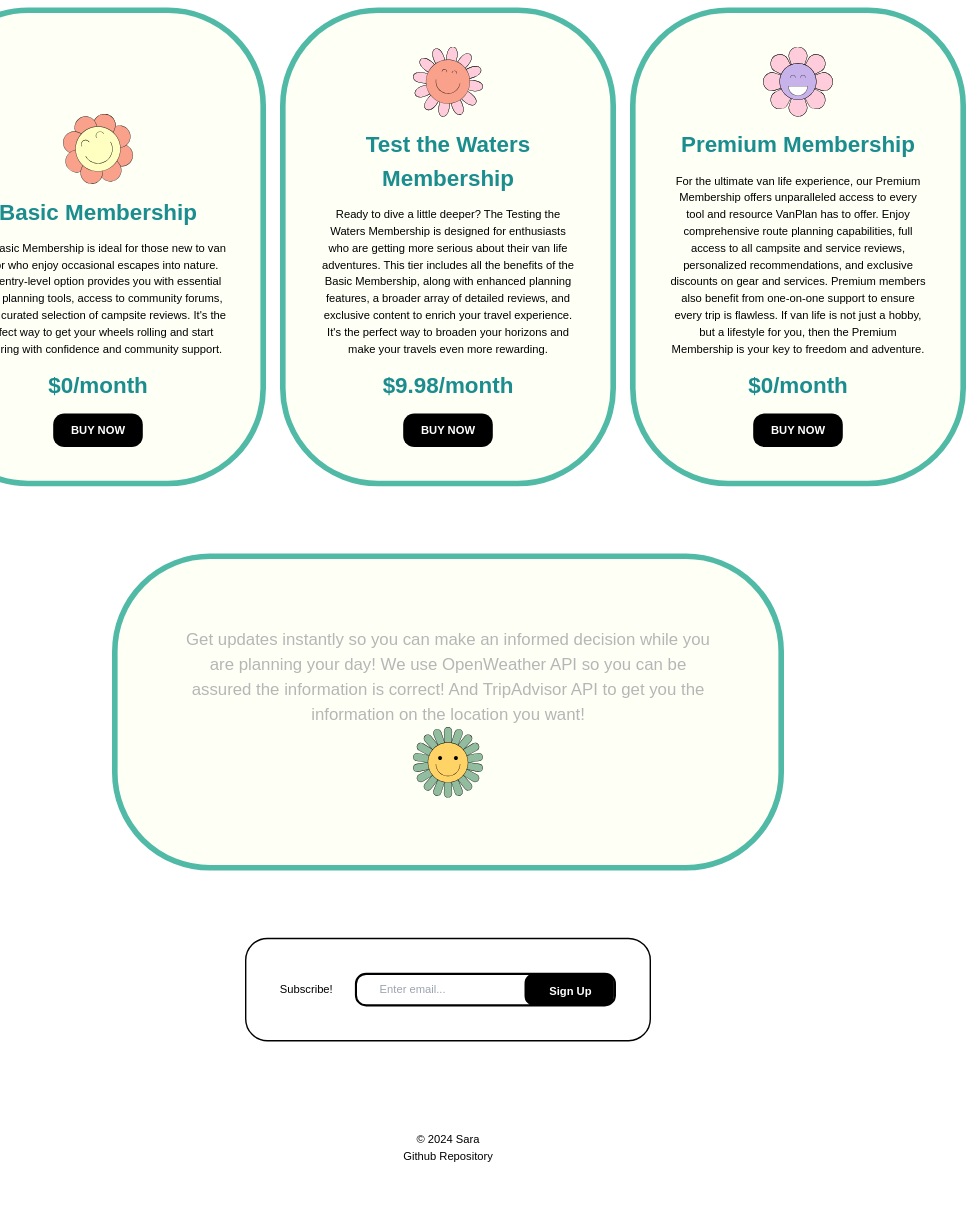
Repository: SaraShio/landing-page
Page: /
The author's editor kept a copy of each file at every save. The page is drawn from the files as they stood at one save, then again after the next save.
The browser window is 1280 px wide. The page is 1380 px wide, so the pictures cover 1380 px, including what lies to the right of the window. The pictures show the part of the page from y = 864 to 2624 px (the page is 2624 px tall), at 70% of full size.
The project was rebuilt for these pictures with package versions that can differ from the ones it lists, and the page was loaded fresh each time. The framework's server and built-in components were replaced by stand-ins that run in the browser. Also part of the build but not shown: next.config.mjs.

Above is the page before, as saved 2024-03-08 22:21:39.

### src/pages/index.tsx
//import Spline from '@splinetool/react-spline';

import Image from "next/image";

import Header from "../../components/Header";
import Hero from "../../components/Hero";
import PriceCards from '../../components/PriceCards';
import SubBanner from "../../components/SubBanner";
import Subscribe from "../../components/Subscribe";
import Footer from "../../components/Footer";

export default function Home() {
  return (
    <main className={`flex min-h-screen flex-col items-center justify-between p-24`}>
      <Header />
      <Hero/>
      <PriceCards/>
      <SubBanner/>
      <Subscribe/>
      <Footer />
    </main>
  );
}

### src/styles/globals.css
@tailwind base;
@tailwind components;
@tailwind utilities;

@import url('https://fonts.googleapis.com/css2?family=Nunito:wght@400;600;700&display=swap');

:root {
 --black:#000000;
 --white: #FFFFFF;
 --light-gray: #fefff5;
 --gray: #B6B6B6;
 --teal: #26A8AB;
 --dark-teal: #1b8d8f;
 --mint: #51BAA7;
 --salmon: #DB7F73;
 --light-green: #DCDFCC;

 --card-padding: 3rem;
 --sub-banner-padding: 6rem;
}

body {
  font-family: 'Nunito', sans-serif;
  background-color: var(--white);
}

### components/Header/index.tsx
import Image from "next/image";
import styles from "./Header.module.css";

export default function Header() {
  return (
    <>
      <div className={styles.header_container}>
        <div className={styles.logo_img}>
          <Image
            src="/images/green_logo.svg"
            alt="VanPlan Logo"
            width={400}
            height={400}
          />
        </div>

        <div className={styles.input_container}>
        <form>
            <input type="text" placeholder="Enter email...">

            </input>
        </form>
        <button className={styles.signup_button}>Sign Up</button>
        </div>
      </div>
    </>
  );
}

### components/Hero/index.tsx
import { style } from "@mui/system";
import Image from "next/image";
import styles from "./Hero.module.css";

export default function Hero() {
  return (
    <>
      <div className={styles.hero_container}>
        <Image src="/images/test1.jpeg" alt="Test" width={600} height={600} />

        <div className={styles.info_container}>
          <h1 className={styles.title}>Welcome!</h1>
          <h1 className={styles.subtitle}>Plan your day in<br></br>Vancouver</h1>

          <button className={styles.download_button}>FREE DOWNLOAD</button>
        </div>
      </div>
    </>
  );
}

### components/PriceCards/index.tsx
import styles from './PriceCards.module.css';

import CardOne from "../CardOne";
import CardTwo from "../CardTwo";
import CardThree from "../CardThree";

export default function PriceCards() {
  return (
    <>
      <div className={styles.price_card_container}>
        <CardOne />
        <CardTwo />
        <CardThree />
      </div>
    </>
  );
}

### components/SubBanner/index.tsx
import Image from "next/image";
import styles from "./SubBanner.module.css";


export default function SubBanner() {
  return (
    <main className={styles.sub_banner_container}>

    <h1>Get updates instantly so you can make an informed decision while you are planning your day! We use OpenWeather API so you can be assured the information is correct! And TripAdvisor API to get you the information on the location you want!</h1>

    <Image src="/images/test5.svg" alt="Test" width={100} height={100} />


    </main>
  );
}

### components/Subscribe/index.tsx
import Image from "next/image";
import styles from "./Subscribe.module.css";

export default function Subscribe() {
  return (
    <main className={styles.subscribe_container}>
      <h1>Subscribe!</h1>

      <form className={styles.input_container}>
        <input type="text" placeholder="Enter email..."></input>
        <button className={styles.signup_button}>Sign Up</button>
      </form>

    </main>
  );
}

### components/Footer/index.tsx
import Image from 'next/image';
import styles from './Footer.module.css';

export default function Footer(){
    return (
        <>
            <footer className={styles.footer_container}>
                <p>&copy; {new Date().getFullYear()} Sara</p>
                <a href="https://github.com/Haydenleung/MDIA-3109-Final-Project.git" target="_blank" rel="noopener noreferrer">Github Repository</a>
            </footer>
        </>
    )
}

### components/Header/Header.module.css
.header_container{
    display: flex;
    justify-content: space-between;
    align-items: center;
    width: 100vw;
    padding-right: 4rem;
    padding-left: 4rem;
  }

  .signup_button{
    border: 3px solid var(--black);
    border-right: none;
    border-radius: 1rem;
    padding: 12px;
    width: 8rem;
    height: 3rem;
    background-color: var(--black);
    color: var(--white);
    font-weight: 600;
  }

  .input_container{
    display: flex;
    align-items: center;
    border: 3px solid var(--black);
    border-radius: 1rem;
    height: 3rem;
    padding-left: 2rem;
  }

### components/Hero/Hero.module.css
.hero_container {
    color: var(--salmon);
    padding: 120px;
    text-align: left;
    display: flex;
    flex-direction: row;
    align-items: center;
    justify-content: center;
    background-color: var(--light-gray);
    border: 8px solid var(--mint);
    border-radius: 140px;
    margin-top: 2rem;
    margin-bottom: 6rem;
}

.info_container{
padding-left: 1rem;
}

.title {
    font-size: 4rem;
    font-weight: bold;
    color: var(--dark-teal);
}

.subtitle {
    font-size: 2rem;
    padding-bottom: 2rem;
}

.download_button {
    border: none;
    border-radius: 1rem;
    padding: 12px;
    width: 16rem;
    height: 3rem;
    background-color: var(--black);
    color: var(--white);
    font-weight: 800;
    cursor: pointer;
    position: absolute;

  }

  .download_button:hover {
    background-color: var(--white);
    color: var(--dark-teal);
    border: 2px solid var(--dark-teal);
    width: 18rem;
    height: 3rem;
  }

### components/PriceCards/PriceCards.module.css
.price_card_container {
    display: flex;
    flex-direction: row;
    align-items: stretch;
    justify-content: space-around;
    gap: 20px;
  }

### components/CardOne/index.tsx
import Image from "next/image";
import styles from "./CardOne.module.css";

export default function CardOne() {
  return (
    <>
      <div className={styles.card_one_container}>
        <Image src="/images/test2.svg" alt="Test" width={100} height={100} />
        <h1>Basic Membership</h1>
        <p>
          Our Basic Membership is ideal for those new to van life or who enjoy
          occasional escapes into nature. This entry-level option provides you
          with essential route planning tools, access to community forums, and a
          curated selection of campsite reviews. It's the perfect way to get
          your wheels rolling and start exploring with confidence and community
          support.
        </p>

        <h1>$0/month</h1>

        <button className={styles.buy_button}>BUY NOW</button>
      </div>
    </>
  );
}

### components/CardTwo/index.tsx
import Image from "next/image";
import styles from "./CardTwo.module.css";

export default function CardTwo() {
  return (
    <>
      <div className={styles.card_two_container}>
      <Image src="/images/test3.svg" alt="Test" width={100} height={100} />
      <h1>Test the Waters Membership</h1>
      <p>Ready to dive a little deeper? The Testing the Waters Membership is designed for enthusiasts who are getting more serious about their van life adventures. This tier includes all the benefits of the Basic Membership, along with enhanced planning features, a broader array of detailed reviews, and exclusive content to enrich your travel experience. It's the perfect way to broaden your horizons and make your travels even more rewarding.</p>

      <h1>$9.98/month</h1>

      <button className={styles.buy_button}>BUY NOW</button>
      </div>
    </>
  );
}

### components/CardThree/index.tsx
import Image from "next/image";
import styles from "./CardThree.module.css";

export default function CardThree() {
  return (
    <>
      <div className={styles.card_three_container}>
        <Image src="/images/test4.svg" alt="Test" width={100} height={100} />
        <h1>Premium Membership</h1>
        <p>
          For the ultimate van life experience, our Premium Membership offers
          unparalleled access to every tool and resource VanPlan has to offer.
          Enjoy comprehensive route planning capabilities, full access to all
          campsite and service reviews, personalized recommendations, and
          exclusive discounts on gear and services. Premium members also benefit
          from one-on-one support to ensure every trip is flawless. If van life
          is not just a hobby, but a lifestyle for you, then the Premium
          Membership is your key to freedom and adventure.
        </p>

        <h1>$0/month</h1>

        <button className={styles.buy_button}>BUY NOW</button>
      </div>
    </>
  );
}

### components/SubBanner/SubBanner.module.css
.sub_banner_container{
    border: 8px solid var(--mint);
    border-radius: 140px;
    background-color: var(--light-gray);
    padding: var(--sub-banner-padding);
    width: 60rem;
    display: flex;
    flex-direction: column;
    justify-content: center;
    align-items: center;
    text-align: center;
    font-size: 1.5rem;
    color: var(--gray);
    margin-top: 6rem;
    margin-bottom: 6rem;
}

### components/Subscribe/Subscribe.module.css
.subscribe_container{
    display: flex;
    flex-direction: row;
    align-items: center;
    border: 2px solid var(--black);
    border-radius: 2rem;
    padding: var(--card-padding);
}

.signup_button{
    border: 3px solid var(--black);
    border-right: none;
    border-radius: 1rem;
    padding: 12px;
    width: 8rem;
    height: 3rem;
    background-color: var(--black);
    color: var(--white);
    font-weight: 600;
  }

  .input_container{
    display: flex;
    align-items: center;
    border: 3px solid var(--black);
    border-radius: 1rem;
    height: 3rem;
    padding-left: 2rem;
    margin-left: 2rem;
  }

### components/Footer/Footer.module.css
.footer_container {
    display: flex;
    flex-direction: column;
    justify-content: center;
    align-items: center;
    width: 100vw;
    padding-top: 8rem;
}

### components/CardOne/CardOne.module.css
.card_one_container {
    border: 8px solid var(--mint);
    border-radius: 140px;
    padding: var(--card-padding);
    background-color: var(--light-gray);
    width: 30rem;
    display: flex;
    flex-direction: column;
    justify-content: end;
    align-items: center;
    text-align: center;
  }

  .card_one_container > h1 {
    font-size: 2rem;
    color: var(--dark-teal);
    font-weight: bold;
    margin-top: 1rem;
    margin-bottom: 1rem;
    text-align: center;
  }

  .buy_button {
    border: none;
    border-radius: 1rem;
    padding: 12px;
    width: 8rem;
    height: 3rem;
    background-color: var(--black);
    color: var(--white);
    font-weight: 800;
    cursor: pointer;
  }

  .buy_button:hover {
    background-color: var(--white);
    color: var(--dark-teal);
    border: 2px solid var(--dark-teal);
    width: 10rem;
    height: 3rem;
  }

### components/CardTwo/CardTwo.module.css
.card_two_container {
  border: 8px solid var(--mint);
  border-radius: 140px;
  padding: var(--card-padding);
  background-color: var(--light-gray);
  width: 30rem;
  display: flex;
  flex-direction: column;
  justify-content: center;
  align-items: center;
  text-align: center;
}

.card_two_container > h1 {
  font-size: 2rem;
  color: var(--dark-teal);
  font-weight: bold;
  margin-top: 1rem;
  margin-bottom: 1rem;
  text-align: center;
}

.buy_button {
  border: none;
  border-radius: 1rem;
  padding: 12px;
  width: 8rem;
  height: 3rem;
  background-color: var(--black);
  color: var(--white);
  font-weight: 800;
  cursor: pointer;
}

.buy_button:hover {
  background-color: var(--white);
  color: var(--dark-teal);
  border: 2px solid var(--dark-teal);
  width: 10rem;
  height: 3rem;
}

### components/CardThree/CardThree.module.css
.card_three_container {
  border: 8px solid var(--mint);
  border-radius: 140px;
  background-color: var(--light-gray);
  padding: var(--card-padding);
  width: 30rem;
  display: flex;
  flex-direction: column;
  justify-content: center;
  align-items: center;
  text-align: center;
}

.card_three_container > h1 {
  font-size: 2rem;
  color: var(--dark-teal);
  font-weight: bold;
  margin-top: 1rem;
  margin-bottom: 1rem;
  text-align: center;
}

.buy_button {
  border: none;
  border-radius: 1rem;
  padding: 12px;
  width: 8rem;
  height: 3rem;
  background-color: var(--black);
  color: var(--white);
  font-weight: 800;
  cursor: pointer;
}

.buy_button:hover {
  background-color: var(--white);
  color: var(--dark-teal);
  border: 2px solid var(--dark-teal);
  width: 10rem;
  height: 3rem;
}

Loaded but not shown: src/pages/_app.tsx (common file); src/pages/_document.tsx (common file); tailwind.config.ts (common file)

After the next save:
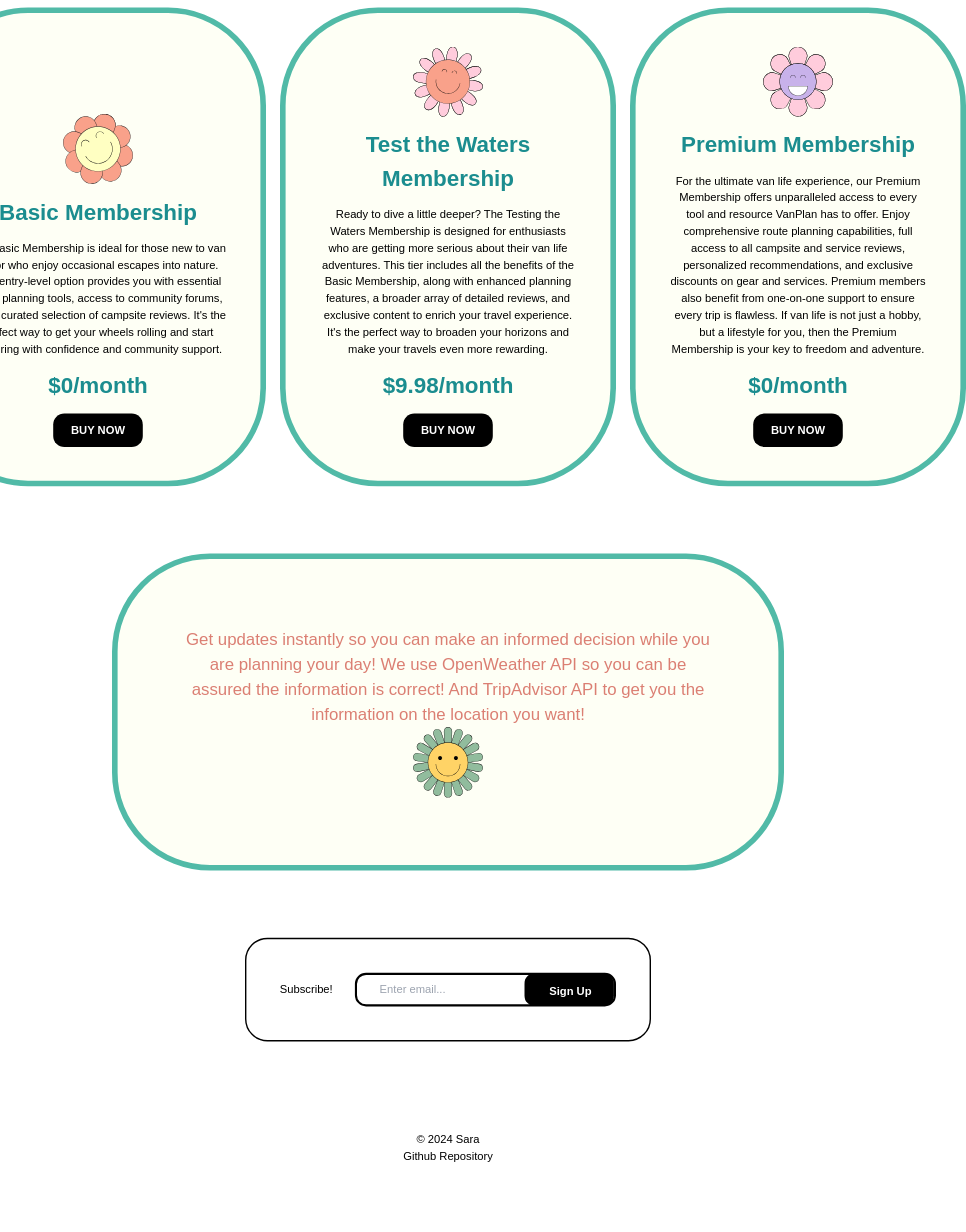
Saved 8 s later.
--- a/components/SubBanner/SubBanner.module.css
+++ b/components/SubBanner/SubBanner.module.css
@@ -10,7 +10,7 @@
     align-items: center;
     text-align: center;
     font-size: 1.5rem;
-    color: var(--gray);
+    color: var(--salmon);
     margin-top: 6rem;
     margin-bottom: 6rem;
 }
